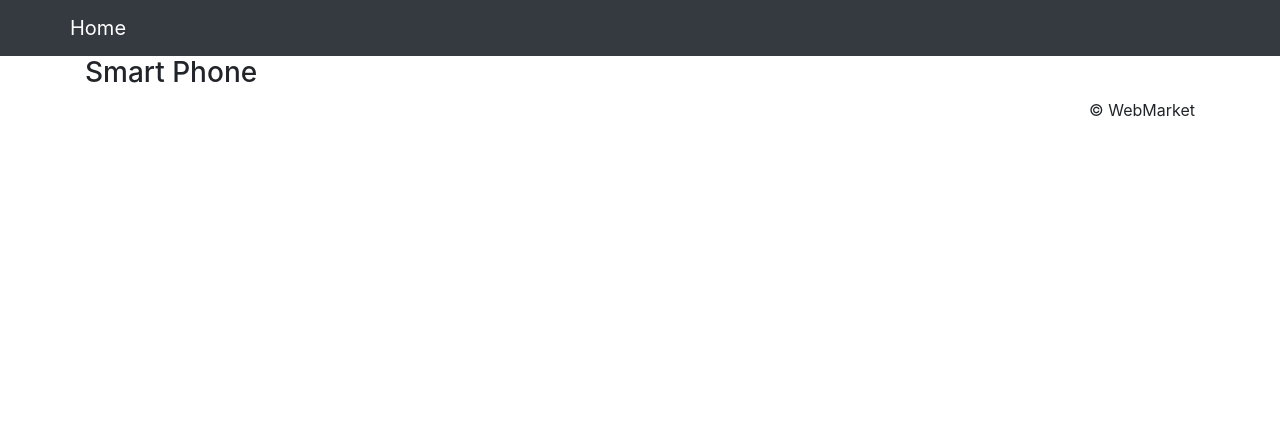
Repository: mi-ci/ai
Page: http://localhost/WebMarket/product.jsp?id=P1234
These files come from the project's save history. The page is drawn as it stood at one moment and after the next save; the edit follows.
The browser window is 1280 px wide. The pictures show the whole page.
The page is served by Tomcat 9.

Above is the page before, as saved 2024-01-19 05:40:08.

### WebMarket/src/main/webapp/product.jsp
<%@ page import="java.util.ArrayList" %>
<%@ page import="dto.Product" %>

<%@ page language="java" contentType="text/html; charset=UTF-8"
    pageEncoding="UTF-8"%>
<!DOCTYPE html>
<html>
<head>
<meta charset="UTF-8">
<title>Insert title here</title>
</head>
<body>
	<jsp:include page="menu.jsp"></jsp:include>
	<jsp:useBean id="pr" class="dao.ProductRepository"></jsp:useBean>
	<%
		String id = request.getParameter("id");
		Product p = pr.getProductById(id);

	%>
	<div class="container">
	<h3><%=p.getCategory() %></h3>
	</div>


	<jsp:include page="footer.jsp"></jsp:include>

</body>
</html>

### WebMarket/src/main/webapp/menu.jsp
<%@ page language="java" contentType="text/html; charset=UTF-8"
    pageEncoding="UTF-8"%>
<!DOCTYPE html>
<html>
<head>
<meta charset="UTF-8">
<title>Insert title here</title>
<link rel="stylesheet" href="https://cdn.jsdelivr.net/npm/bootstrap@4.0.0/dist/css/bootstrap.min.css" integrity="sha384-Gn5384xqQ1aoWXA+058RXPxPg6fy4IWvTNh0E263XmFcJlSAwiGgFAW/dAiS6JXm" crossorigin="anonymous">
</head>
<body>
	<nav class ="navbar navbar-expand navbar-dark bg-dark">
	 	<div class= "container">
	 		<div class = "navbar-header">
	 			<a class = "navbar-brand" href="welcome.jsp">Home</a>
	 		</div>
		</div>
	</nav>

</body>
</html>

### WebMarket/src/main/webapp/footer.jsp
<%@ page language="java" contentType="text/html; charset=UTF-8"
    pageEncoding="UTF-8"%>
<!DOCTYPE html>
<html>
<head>
<meta charset="UTF-8">
<title>Insert title here</title>
<link rel="stylesheet" href="https://cdn.jsdelivr.net/npm/bootstrap@4.0.0/dist/css/bootstrap.min.css" integrity="sha384-Gn5384xqQ1aoWXA+058RXPxPg6fy4IWvTNh0E263XmFcJlSAwiGgFAW/dAiS6JXm" crossorigin="anonymous">
</head>
<body>
	<footer class = "container text-right">
		<p>&copy; WebMarket </p>
	</footer>
</body>
</html>

### WebMarket/src/main/java/dao/ProductRepository.java
package dao;

import java.util.ArrayList;

import dto.Product;

public class ProductRepository {
	private ArrayList<Product> listOfProducts = new ArrayList<Product>();

	public ProductRepository() {
		Product phone = new Product("P1234", "iPhone 6s", 800000);
		phone.setDescription("4-7inch, 1334X750 Retina HD dispaly, 8megapixel iSight Camera");
		phone.setCategory("Smart Phone");
		phone.setManufacturer("Apple");
		phone.setUnitsInStock(1000);
		phone.setCondition("New");

		Product laptop = new Product("P1235", "LG PC 그램", 1500000);
		laptop.setDescription("13.3-inch, IPS LED display, 5rd Generation Intel Core Processor");
		laptop.setCategory("Laptop");
		laptop.setManufacturer("LG");
		laptop.setUnitsInStock(1000);
		laptop.setCondition("Refurbished");

		Product tablet = new Product("P1236", "Galaxy Tab S", 900000);
		tablet.setDescription("212.8*125.6*6.6mm, Super AMOLED display, Octa-Core Processor");
		tablet.setCategory("Tablet");
		tablet.setManufacturer("Samsung");
		tablet.setUnitsInStock(1000);
		tablet.setCondition("Old");

		listOfProducts.add(phone);
		listOfProducts.add(laptop);
		listOfProducts.add(tablet);

	}

	public ArrayList getLop(){
		return listOfProducts;
	}

	public Product getProductById(String productid) {
		Product productById = null;
		for(int i = 0; i< listOfProducts.size(); i++) {
			Product product = listOfProducts.get(i);
			if(product != null && product.getProductId() != null && product.getProductId().equals(productid)) {
				productById = product;
				break;
			}
		}
		return productById;
	}
}

### WebMarket/src/main/java/dto/Product.java
package dto;

import java.io.Serializable;

public class Product implements Serializable {

	private static final long serialVersionUID = -123456789012345678L;

	private String productId;
	private String pname;
	private Integer unitPrice;
	private String description;
	private String manufacturer;
	private String category;
	private long unitsInStock;
	private String condition;


	public Product() {
		// TODO Auto-generated constructor stub
	}


	public Product(String productId, String pname, Integer unitPrice) {
		this.productId = productId;
		this.pname = pname;
		this.unitPrice = unitPrice;
	}


	public String getProductId() {
		return productId;
	}


	public void setProductId(String productId) {
		this.productId = productId;
	}


	public String getPname() {
		return pname;
	}


	public void setPname(String pname) {
		this.pname = pname;
	}


	public Integer getUnitPrice() {
		return unitPrice;
	}


	public void setUnitPrice(Integer unitPrice) {
		this.unitPrice = unitPrice;
	}


	public String getDescription() {
		return description;
	}


	public void setDescription(String description) {
		this.description = description;
	}


	public String getManufacturer() {
		return manufacturer;
	}


	public void setManufacturer(String manufacturer) {
		this.manufacturer = manufacturer;
	}


	public String getCategory() {
		return category;
	}


	public void setCategory(String category) {
		this.category = category;
	}


	public long getUnitsInStock() {
		return unitsInStock;
	}


	public void setUnitsInStock(long unitsInStock) {
		this.unitsInStock = unitsInStock;
	}


	public String getCondition() {
		return condition;
	}


	public void setCondition(String condition) {
		this.condition = condition;
	}


}

After the next save:
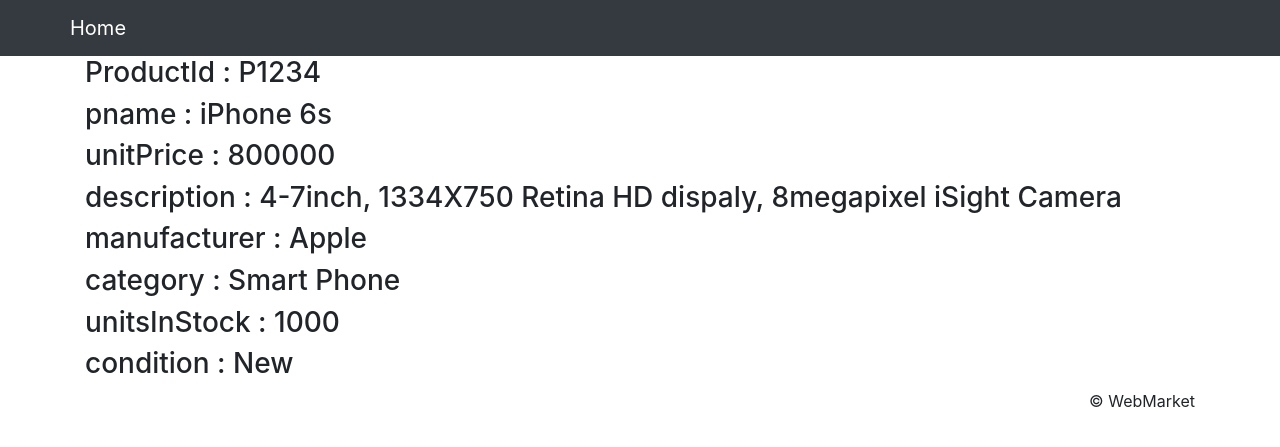
Saved 3 min 6 s later.
--- a/WebMarket/src/main/webapp/product.jsp
+++ b/WebMarket/src/main/webapp/product.jsp
@@ -18,7 +18,14 @@
 
 	%>
 	<div class="container">
-	<h3><%=p.getCategory() %></h3>
+	<h3>ProductId : <%=p.getProductId() %></h3>
+	<h3>pname : <%=p.getPname() %></h3>
+	<h3>unitPrice : <%=p.getUnitPrice() %></h3>
+	<h3>description : <%=p.getDescription() %></h3>
+	<h3>manufacturer : <%=p.getManufacturer() %></h3>
+	<h3>category : <%=p.getCategory() %></h3>
+	<h3>unitsInStock : <%=p.getUnitsInStock() %></h3>
+	<h3>condition : <%=p.getCondition() %></h3>
 	</div>
 
 
